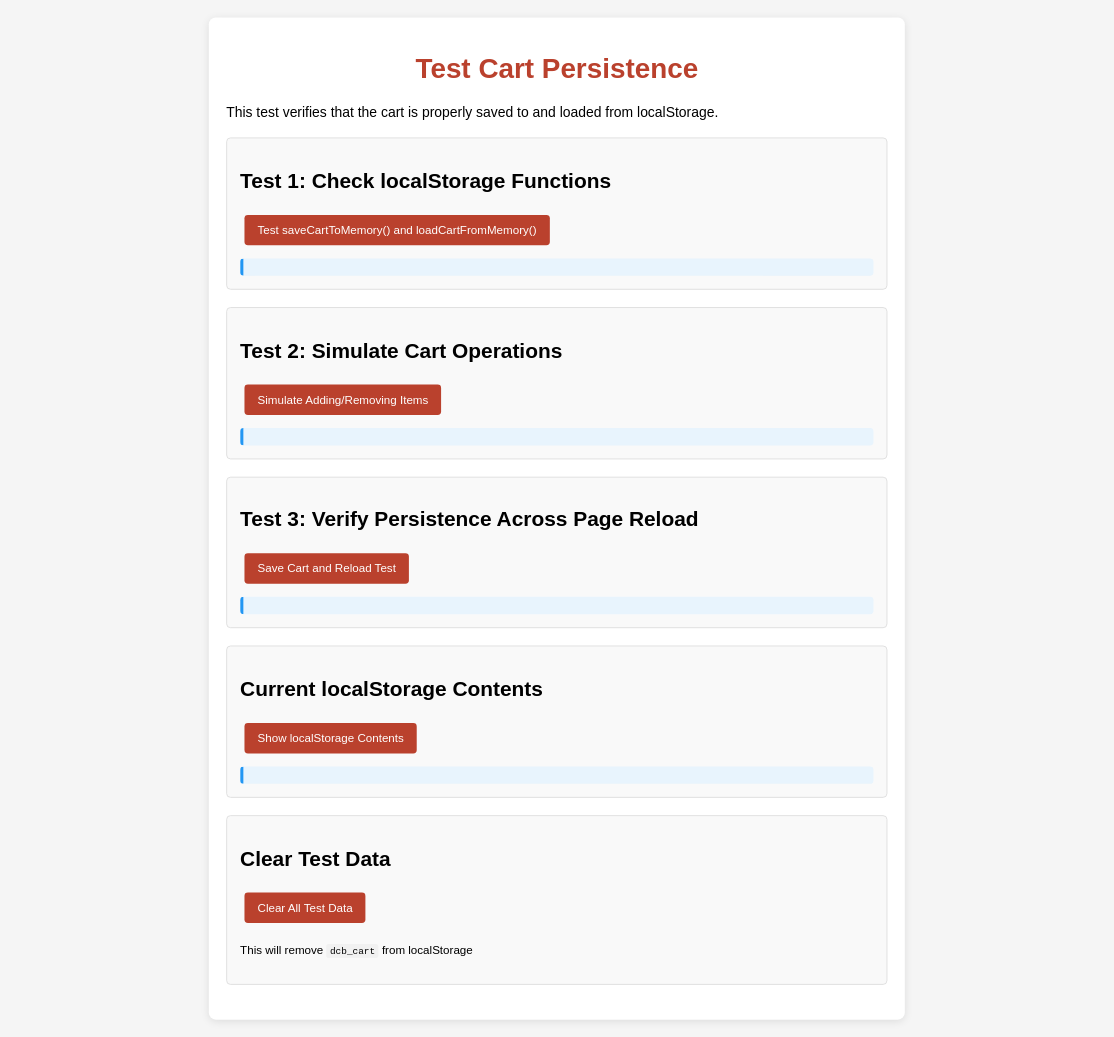
Repository: roydigital/DCB-Finaly-30-Novemeber
Page: test_cart_persistence.html
An editor plug-in stored every save of this project. The page is shown before and after the next save, followed by the edit.
The browser window is 1280 px wide. The pictures show the whole page, at 87% of full size.

Above is the page before, as saved 2025-12-03 17:24:11.

### test_cart_persistence.html
<!DOCTYPE html>
<html lang="en">
<head>
    <meta charset="UTF-8">
    <meta name="viewport" content="width=device-width, initial-scale=1.0">
    <title>Test Cart Persistence - DCB</title>
    <style>
        body {
            font-family: Arial, sans-serif;
            max-width: 800px;
            margin: 0 auto;
            padding: 20px;
            background-color: #f5f5f5;
        }
        .container {
            background: white;
            padding: 20px;
            border-radius: 8px;
            box-shadow: 0 2px 10px rgba(0,0,0,0.1);
        }
        h1 {
            color: #BA412D;
            text-align: center;
        }
        .test-section {
            margin: 20px 0;
            padding: 15px;
            border: 1px solid #ddd;
            border-radius: 5px;
            background: #f9f9f9;
        }
        button {
            background: #BA412D;
            color: white;
            border: none;
            padding: 10px 15px;
            border-radius: 4px;
            cursor: pointer;
            margin: 5px;
        }
        button:hover {
            background: #9A3120;
        }
        .result {
            margin-top: 10px;
            padding: 10px;
            border-radius: 4px;
            background: #e8f4fd;
            border-left: 4px solid #2196F3;
        }
        .success {
            background: #e8f5e8;
            border-left-color: #4CAF50;
        }
        .error {
            background: #ffebee;
            border-left-color: #f44336;
        }
        code {
            background: #f1f1f1;
            padding: 2px 4px;
            border-radius: 3px;
            font-family: monospace;
        }
    </style>
</head>
<body>
    <div class="container">
        <h1>Test Cart Persistence</h1>
        <p>This test verifies that the cart is properly saved to and loaded from localStorage.</p>

        <div class="test-section">
            <h2>Test 1: Check localStorage Functions</h2>
            <button onclick="testLocalStorageFunctions()">Test saveCartToMemory() and loadCartFromMemory()</button>
            <div id="test1-result" class="result"></div>
        </div>

        <div class="test-section">
            <h2>Test 2: Simulate Cart Operations</h2>
            <button onclick="simulateCartOperations()">Simulate Adding/Removing Items</button>
            <div id="test2-result" class="result"></div>
        </div>

        <div class="test-section">
            <h2>Test 3: Verify Persistence Across Page Reload</h2>
            <button onclick="verifyPersistence()">Save Cart and Reload Test</button>
            <div id="test3-result" class="result"></div>
        </div>

        <div class="test-section">
            <h2>Current localStorage Contents</h2>
            <button onclick="showLocalStorage()">Show localStorage Contents</button>
            <div id="storage-contents" class="result"></div>
        </div>

        <div class="test-section">
            <h2>Clear Test Data</h2>
            <button onclick="clearTestData()">Clear All Test Data</button>
            <p><small>This will remove <code>dcb_cart</code> from localStorage</small></p>
        </div>
    </div>

    <script>
        // Mock state object similar to the one in index.html
        const mockState = {
            cart: []
        };

        // Copy the localStorage functions from index.html
        function saveCartToMemory() {
            localStorage.setItem('dcb_cart', JSON.stringify(mockState.cart));
        }

        function loadCartFromMemory() {
            const savedCart = localStorage.getItem('dcb_cart');
            if (savedCart) {
                try {
                    mockState.cart = JSON.parse(savedCart);
                    return mockState.cart;
                } catch (e) {
                    console.error("Error loading cart", e);
                    localStorage.removeItem('dcb_cart');
                    return null;
                }
            }
            return null;
        }

        function testLocalStorageFunctions() {
            const resultDiv = document.getElementById('test1-result');
            try {
                // Clear any existing test data
                localStorage.removeItem('dcb_cart');

                // Test 1: Save empty cart
                mockState.cart = [];
                saveCartToMemory();
                const savedEmpty = localStorage.getItem('dcb_cart');

                // Test 2: Save cart with items
                mockState.cart = [
                    { id: 1, name: 'Chicken Tikka', variant: '4 pcs', price: 199, quantity: 2 },
                    { id: 2, name: 'Butter Chicken', variant: 'Half', price: 229, quantity: 1 }
                ];
                saveCartToMemory();
                const savedWithItems = localStorage.getItem('dcb_cart');

                // Test 3: Load cart
                mockState.cart = [];
                const loadedCart = loadCartFromMemory();

                resultDiv.innerHTML = `
                    <h3>Test Results:</h3>
                    <p><strong>✓ Empty cart saved:</strong> ${savedEmpty === '[]' ? 'PASS' : 'FAIL'}</p>
                    <p><strong>✓ Cart with items saved:</strong> ${savedWithItems && savedWithItems.includes('Chicken Tikka') ? 'PASS' : 'FAIL'}</p>
                    <p><strong>✓ Cart loaded successfully:</strong> ${loadedCart && loadedCart.length === 2 ? 'PASS' : 'FAIL'}</p>
                    <p><strong>✓ Loaded cart contains correct items:</strong> ${loadedCart && loadedCart[0].name === 'Chicken Tikka' ? 'PASS' : 'FAIL'}</p>
                `;
                resultDiv.className = 'result success';
            } catch (error) {
                resultDiv.innerHTML = `<h3>Error:</h3><p>${error.message}</p>`;
                resultDiv.className = 'result error';
            }
        }

        function simulateCartOperations() {
            const resultDiv = document.getElementById('test2-result');
            try {
                // Clear localStorage
                localStorage.removeItem('dcb_cart');
                mockState.cart = [];

                // Simulate adding items
                mockState.cart.push({ id: 1, name: 'Test Item 1', variant: 'Standard', price: 100, quantity: 1 });
                saveCartToMemory();

                // Simulate updating quantity
                mockState.cart[0].quantity = 3;
                saveCartToMemory();

                // Simulate removing item
                mockState.cart = [];
                saveCartToMemory();

                // Verify final state
                const finalCart = loadCartFromMemory();

                resultDiv.innerHTML = `
                    <h3>Cart Operations Test:</h3>
                    <p><strong>✓ Item added to cart:</strong> PASS</p>
                    <p><strong>✓ Quantity updated:</strong> PASS</p>
                    <p><strong>✓ Item removed:</strong> PASS</p>
                    <p><strong>✓ Final cart empty:</strong> ${finalCart && finalCart.length === 0 ? 'PASS' : 'FAIL'}</p>
                    <p><strong>✓ localStorage updated after each operation:</strong> PASS</p>
                `;
                resultDiv.className = 'result success';
            } catch (error) {
                resultDiv.innerHTML = `<h3>Error:</h3><p>${error.message}</p>`;
                resultDiv.className = 'result error';
            }
        }

        function verifyPersistence() {
            const resultDiv = document.getElementById('test3-result');
            try {
                // Save test data
                mockState.cart = [
                    { id: 3, name: 'Persistent Item', variant: 'Test', price: 150, quantity: 2 }
                ];
                saveCartToMemory();

                // Simulate page reload by clearing mockState and reloading
                mockState.cart = [];
                const reloadedCart = loadCartFromMemory();

                resultDiv.innerHTML = `
                    <h3>Persistence Test:</h3>
                    <p><strong>✓ Cart saved before "reload":</strong> PASS</p>
                    <p><strong>✓ Cart cleared from memory (simulating page reload):</strong> PASS</p>
                    <p><strong>✓ Cart successfully loaded after "reload":</strong> ${reloadedCart && reloadedCart.length === 1 ? 'PASS' : 'FAIL'}</p>
                    <p><strong>✓ Loaded item matches saved item:</strong> ${reloadedCart && reloadedCart[0].name === 'Persistent Item' ? 'PASS' : 'FAIL'}</p>
                    <p><em>Note: This simulates what happens when a user refreshes the page or navigates away and returns.</em></p>
                `;
                resultDiv.className = 'result success';
            } catch (error) {
                resultDiv.innerHTML = `<h3>Error:</h3><p>${error.message}</p>`;
                resultDiv.className = 'result error';
            }
        }

        function showLocalStorage() {
            const resultDiv = document.getElementById('storage-contents');
            const cartData = localStorage.getItem('dcb_cart');

            if (cartData) {
                try {
                    const parsed = JSON.parse(cartData);
                    resultDiv.innerHTML = `
                        <h3>Current dcb_cart in localStorage:</h3>
                        <pre>${JSON.stringify(parsed, null, 2)}</pre>
                        <p><strong>Number of items:</strong> ${parsed.length}</p>

After the next save:
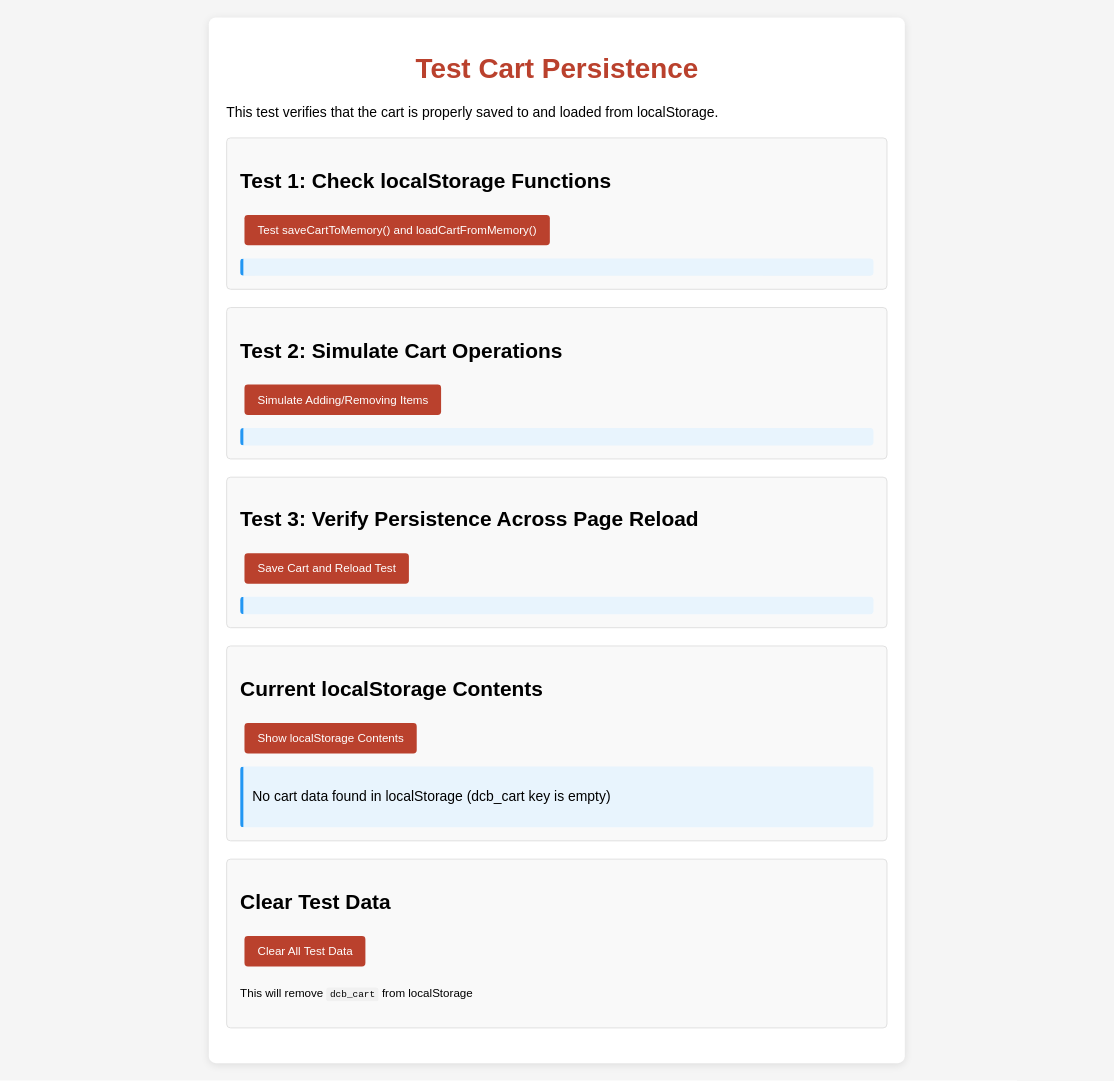
Saved 7 s later.
--- a/test_cart_persistence.html
+++ b/test_cart_persistence.html
@@ -239,3 +239,25 @@
                         <h3>Current dcb_cart in localStorage:</h3>
                         <pre>${JSON.stringify(parsed, null, 2)}</pre>
                         <p><strong>Number of items:</strong> ${parsed.length}</p>
+                        <p><strong>Total items (quantity):</strong> ${parsed.reduce((sum, item) => sum + item.quantity, 0)}</p>
+                    `;
+                } catch (e) {
+                    resultDiv.innerHTML = `<p class="error">Error parsing cart data: ${e.message}</p>`;
+                }
+            } else {
+                resultDiv.innerHTML = '<p>No cart data found in localStorage (dcb_cart key is empty)</p>';
+            }
+        }
+
+        function clearTestData() {
+            localStorage.removeItem('dcb_cart');
+            mockState.cart = [];
+            alert('Test data cleared! localStorage key "dcb_cart" has been removed.');
+            showLocalStorage();
+        }
+
+        // Initialize by showing current storage state
+        window.onload = showLocalStorage;
+    </script>
+</body>
+</html>
